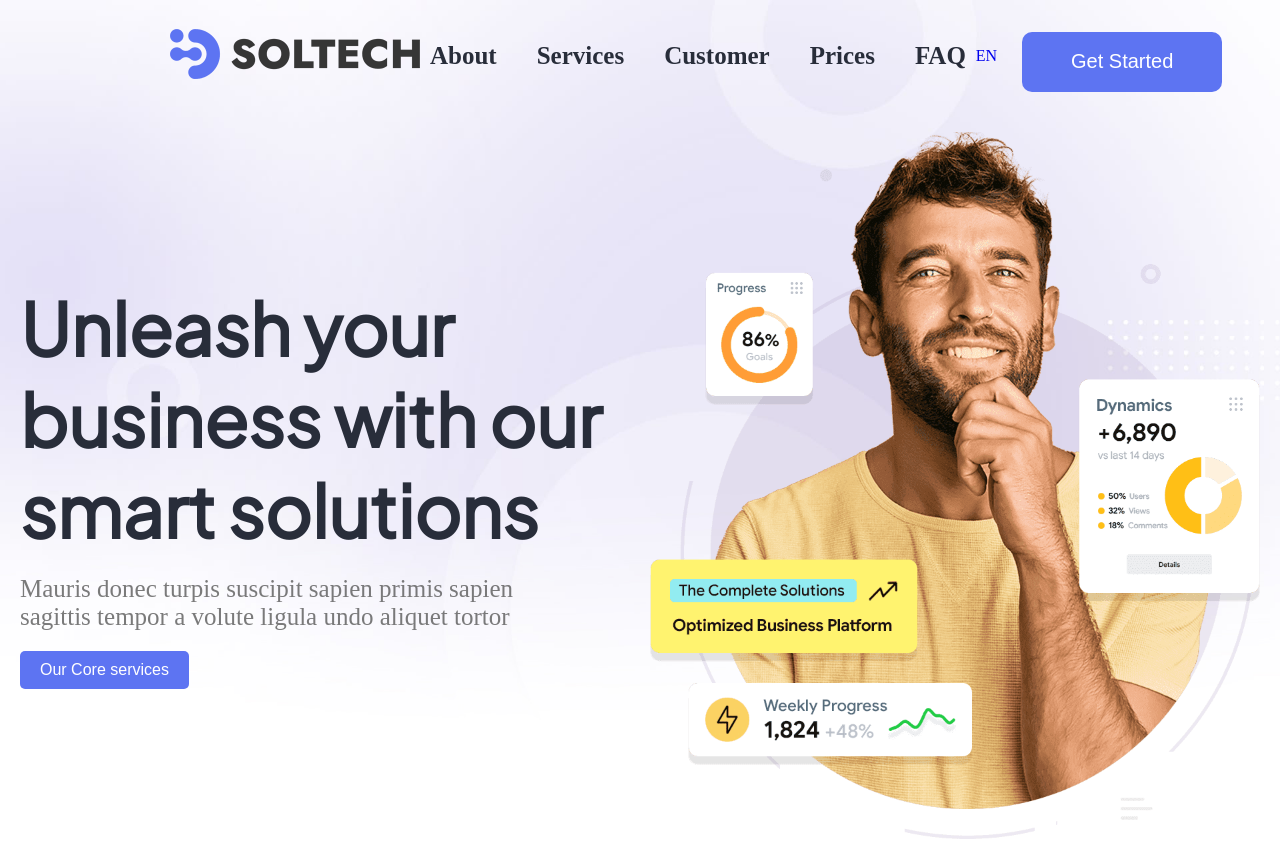
Repository: md-rabbi-hossain/Soltech-html
Page: index.html
These files come from the project's save history. The page is drawn as it stood at one moment and after the next save; the edit follows.
The browser window is 1280 px wide. The pictures show the whole page.

Above is the page before, as saved 2025-01-08 15:05:50.

After the next save:
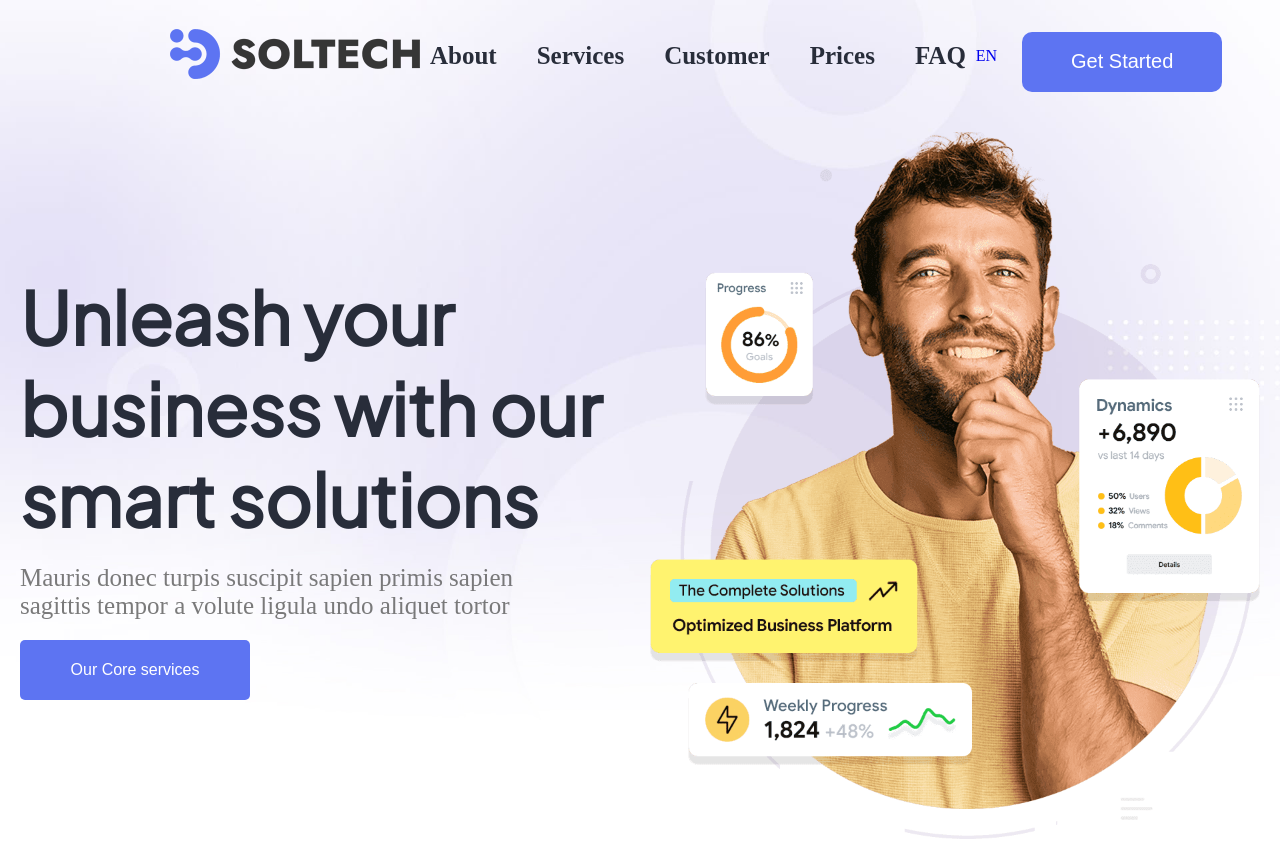
Saved 81 s later.
--- a/Css/style.css
+++ b/Css/style.css
@@ -162,6 +162,8 @@ nav.sticky {
   border: none;
   border-radius: 5px;
   cursor: pointer;
+  width: 230px;
+  height: 60px;
 }
 
 .left-side button:hover {
